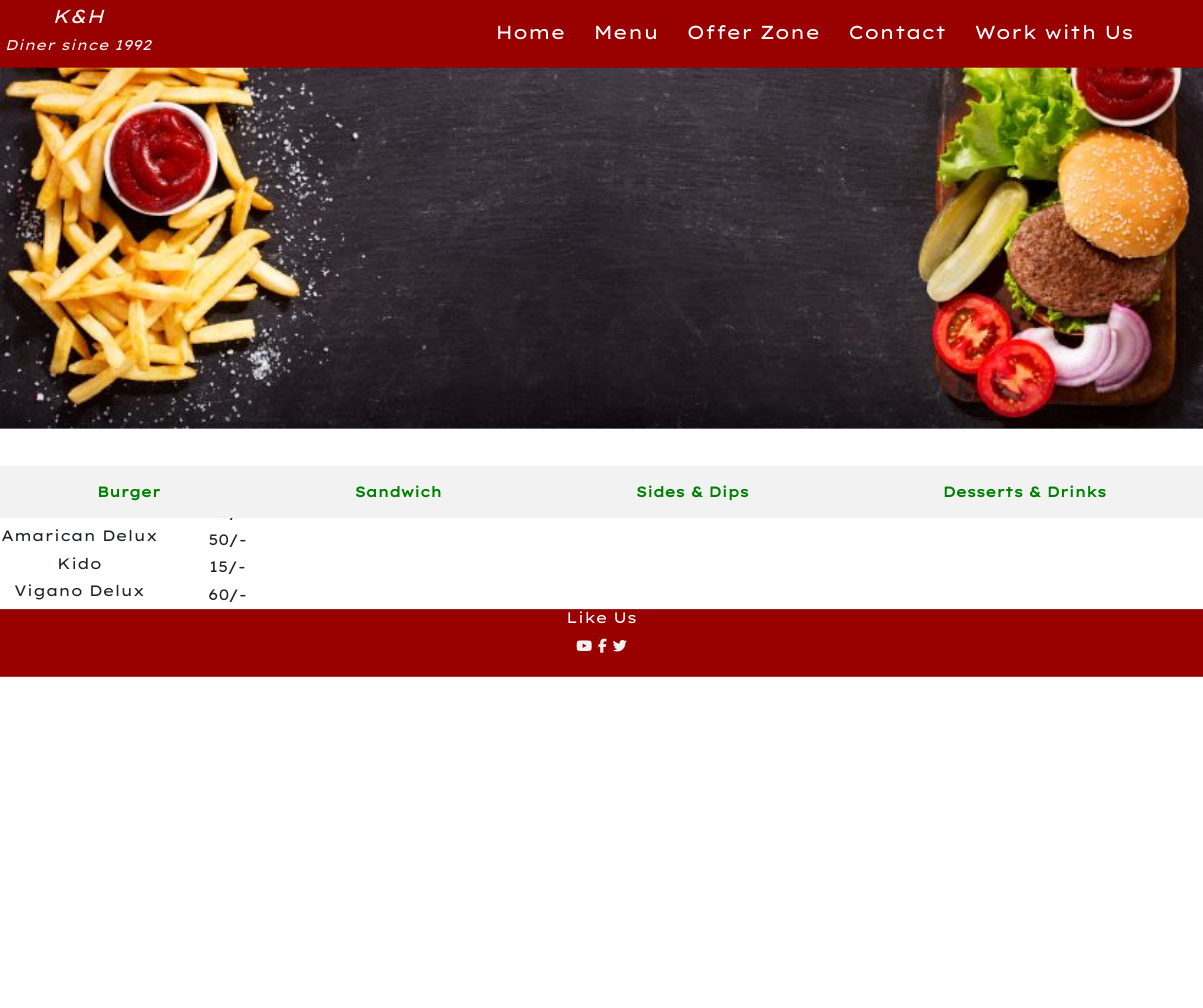
Repository: HMTRIVEDI/project-one
Page: Menu.html
The author's editor kept a record of every edit. The page is drawn from the files as they stood at one moment, then again after the next edit.
The browser window is 1280 px wide. The pictures show the whole page, at 94% of full size.
Some web libraries are served in a nearby version.

Above is the page before.

### Menu.html
<!DOCTYPE html>
<html lang="en">

<head>
  <meta charset="UTF-8">
  <meta name="viewport" content="width=device-width, initial-scale=1.0">
  <meta http-equiv="X-UA-Compatible" content="ie=edge">
  <link rel="stylesheet" href="https://stackpath.bootstrapcdn.com/bootstrap/4.2.1/css/bootstrap.min.css" integrity="sha384-GJzZqFGwb1QTTN6wy59ffF1BuGJpLSa9DkKMp0DgiMDm4iYMj70gZWKYbI706tWS" crossorigin="anonymous">
  <script src="https://code.jquery.com/jquery-3.3.1.slim.min.js" integrity="sha384-q8i/X+965DzO0rT7abK41JStQIAqVgRVzpbzo5smXKp4YfRvH+8abtTE1Pi6jizo" crossorigin="anonymous"></script>
  <script src="https://cdnjs.cloudflare.com/ajax/libs/popper.js/1.14.6/umd/popper.min.js" integrity="sha384-wHAiFfRlMFy6i5SRaxvfOCifBUQy1xHdJ/yoi7FRNXMRBu5WHdZYu1hA6ZOblgut" crossorigin="anonymous"></script>
  <script src="https://stackpath.bootstrapcdn.com/bootstrap/4.2.1/js/bootstrap.min.js" integrity="sha384-B0UglyR+jN6CkvvICOB2joaf5I4l3gm9GU6Hc1og6Ls7i6U/mkkaduKaBhlAXv9k" crossorigin="anonymous"></script>
  <script src="https://code.jquery.com/jquery-3.3.1.slim.min.js" integrity="sha384-q8i/X+965DzO0rT7abK41JStQIAqVgRVzpbzo5smXKp4YfRvH+8abtTE1Pi6jizo" crossorigin="anonymous"></script>
  <!--<script src="https://cdnjs.cloudflare.com/ajax/libs/popper.js/1.14.6/umd/popper.min.js" integrity="sha384-wHAiFfRlMFy6i5SRaxvfOCifBUQy1xHdJ/yoi7FRNXMRBu5WHdZYu1hA6ZOblgut" crossorigin="anonymous"></script>-->
  <script src="https://stackpath.bootstrapcdn.com/bootstrap/4.2.1/js/bootstrap.min.js" integrity="sha384-B0UglyR+jN6CkvvICOB2joaf5I4l3gm9GU6Hc1og6Ls7i6U/mkkaduKaBhlAXv9k" crossorigin="anonymous"></script>
  <script src="https://kit.fontawesome.com/325cc790b1.js"></script>
  <link href="https://fonts.googleapis.com/css?family=Lexend+Giga&display=swap" rel="stylesheet">
  <link rel="stylesheet" href="style.css" type="text/css" />
  <title> K&H | Since 1992</title>
</head>

<body>
  <img src="front.jpeg" width="100%" height="auto"></img>
  <!-- navigation bar --->
  <div class="box">
    <!-- LOGO-->
    <div class="logo">
      <h6>K&H</h6>
      <p>Diner since 1992</p>
    </div>
    <!--   <div class="burger"><i class="fas fa-hamburger"></i></div>-->
    <ul class="nav">
      <li class="item">
        <a href="index.html">Home</a>
      </li>
      <li class="item">
        <a href="Menu.html">Menu</a>
      </li>
      <li class="item">
        <a href="Offerzone.html">Offer Zone</a>
      </li>
      <li class="item">
        <a href="Contact">Contact</a>
      </li>
      <li class="item">
        <a href="job">Work with Us</a>
      </li>
    </ul>
  </div>


  <! menu --------------------------------->

  <div id="foodmenu">

    <nav class="Menu">
      <ul class="fm">
        <li class="i">
          <a href="#f1b">Burger</a>
        </li>
        <li class="i">
          <a href="#f1s">Sandwich</a>
        </li>
        <li class="i">
          <a href="#f1sd">Sides & Dips</a>
        </li>
        <li class="i">
          <a href="f1dd">Desserts & Drinks</a>
        </li <ul>
    </nav>
    <main>
      <table id="f1b">
        <tr>
          <th>
            <h5>Burger</h5>
          </th>
          <th>
            <h5>Price (dkk)</h5>
          </th>
        </tr>
        <tr>
          <td>
            <h6>smoky Bacone</h6>
          </td>
          <td>40/-</td>
        </tr>
        <tr>
          <td>
            <h6>Amarican Delux</h6>
          </td>
          <td>50/-</td>
        </tr>
        <tr>
          <td>
            <h6>Kido</h6>
          </td>
          <td>15/-</td>
        </tr>
        <tr>
          <td>
            <h6>Vigano Delux</h6>
          </td>
          <td>60/-</td>
        </tr>
      </table>
    </main>


    <!-*-footer>

    <footer>
      <div class="box-s">
        <h6>Like Us</h6>
        <a href=" mailto: "><i class="fab fa-youtube "></i></a>
        <a href="mailto: "><i class="fab fa-facebook-f "></i></a>
        <a href="mailto: "><i class="fab fa-twitter "></i></a>
      </div>
    </footer>



</body>

</html>

### style.css
body {
    text-align: center;
    padding: 0px;
    margin: 0px;
    height: 100%;
    width: 100%;
    font-family: 'Lexend Giga', sans-serif, arial;
    /*color: #86592d;*/
}

.box {
    background-color: #990000;
    position: fixed;
    top: 0;
    left: 0;
    bottom: 0;
    right: 0;
    width: 100%;
    height: 10%;
}

.box .logo {
    background-color: #990000;
    position: fixed;
    color: #f2f2f2;
    font-style: oblique;
    text-shadow: #00000;
    margin: 5px 5px;
    border-style: none;
    border-color: #f2f2f2;
    width: auto;
    height: 30px;
    text-align: center;
    z-index: 1;
}

.box .logo h6 {
    padding: 0;
    font-size: 20px;
}

.box .logo p {
    padding: 0;
    font-size: 15px;
}

.nav {
    margin-top: 5px;
    margin-left: 40%;
    background-color: transparent;
    width: auto;
    height: auto;
    text-align: left;
    position: fixed;


}

.nav .item a {
    font-size: 20px;
    text-align: left;
    text-decoration: none;
    display: inline-block;
    margin: 10px 10px;
    padding: 5px 5px;
    color: #ffffff;
}

.nav .item a:active {
    font-size: 20px;
    background-color: #f2f2f2;
    color: #990000;
    border-radius: 10px;
}


main {
    width: 100%;
    height: 80%;
}

.box-s {
    background-color: #990000;
    height: 10%;
    position: fixed;
    color: #ffffff;
    width: 100%;
    left: 0;
    bottom: 0;
}

.box-s a {
    font-size: 15px;
    color: #f2f2f2;
}

/*Menu*/

#foodmenu {
    width: 100%;
    height: 80vh;
    margin-top: 40px;
}

nav {
    margin-top: 0px;
    display: block;
    position: fixed;
    width: 100%;
    background-color: #f2f2f2;
    height: auto;
}

.fm {
    padding: 0;
    margin: 0;
    list-style: none;
}

.i {
    display: inline-block;
    margin: 15px 100px;
}

.i a {
    font-weight: bolder;
    text-decoration: none;
    background-color: #f2f2f2;
    color: green;
    font-size: 15px;-webkit-transition:font-size 3s;
}

.i a:hover{font-size: 20px}

After the next edit:
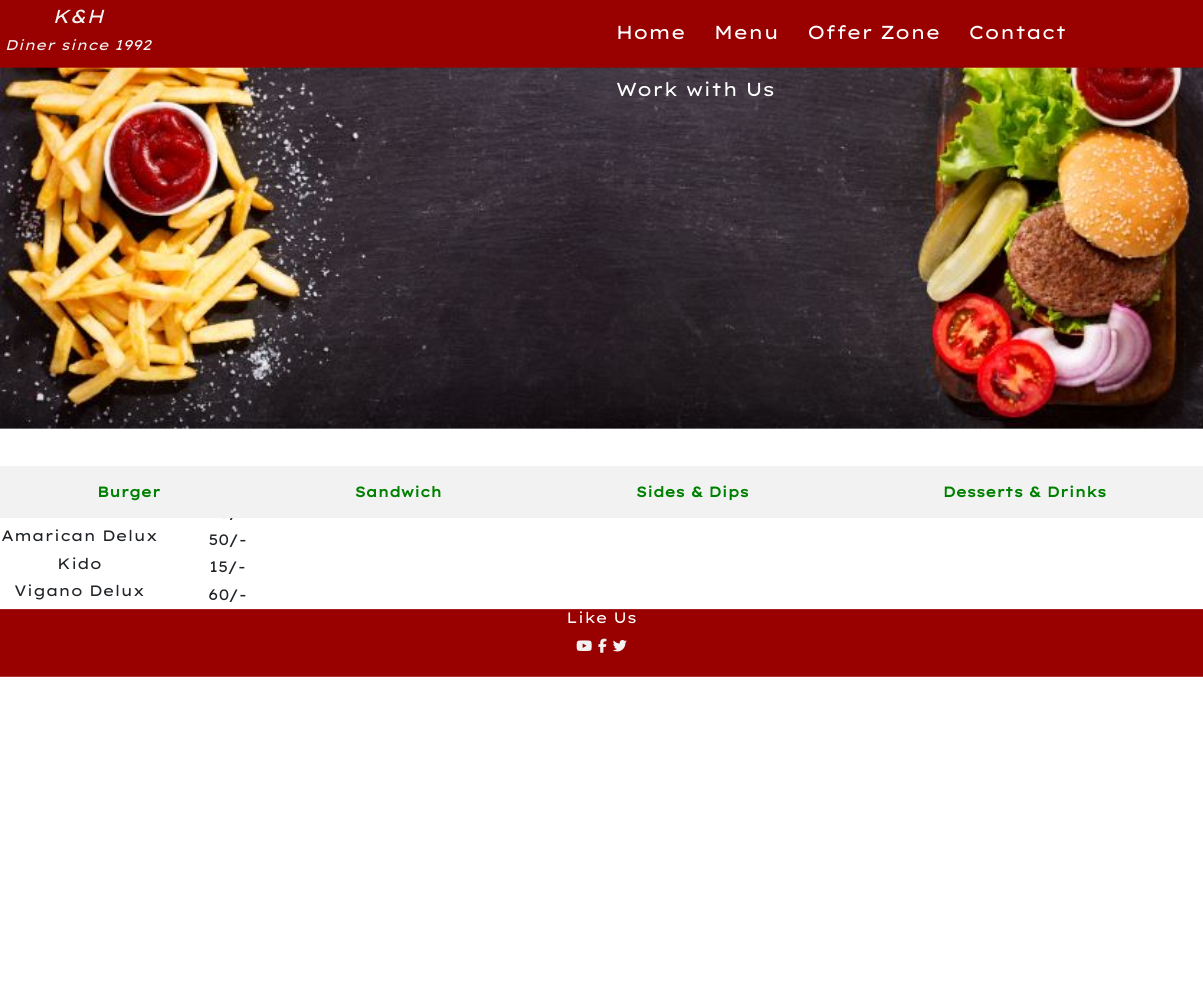
The edit:
--- a/style.css
+++ b/style.css
@@ -46,7 +46,7 @@
 
 .nav {
     margin-top: 5px;
-    margin-left: 40%;
+    margin-left: 50%;
     background-color: transparent;
     width: auto;
     height: auto;
